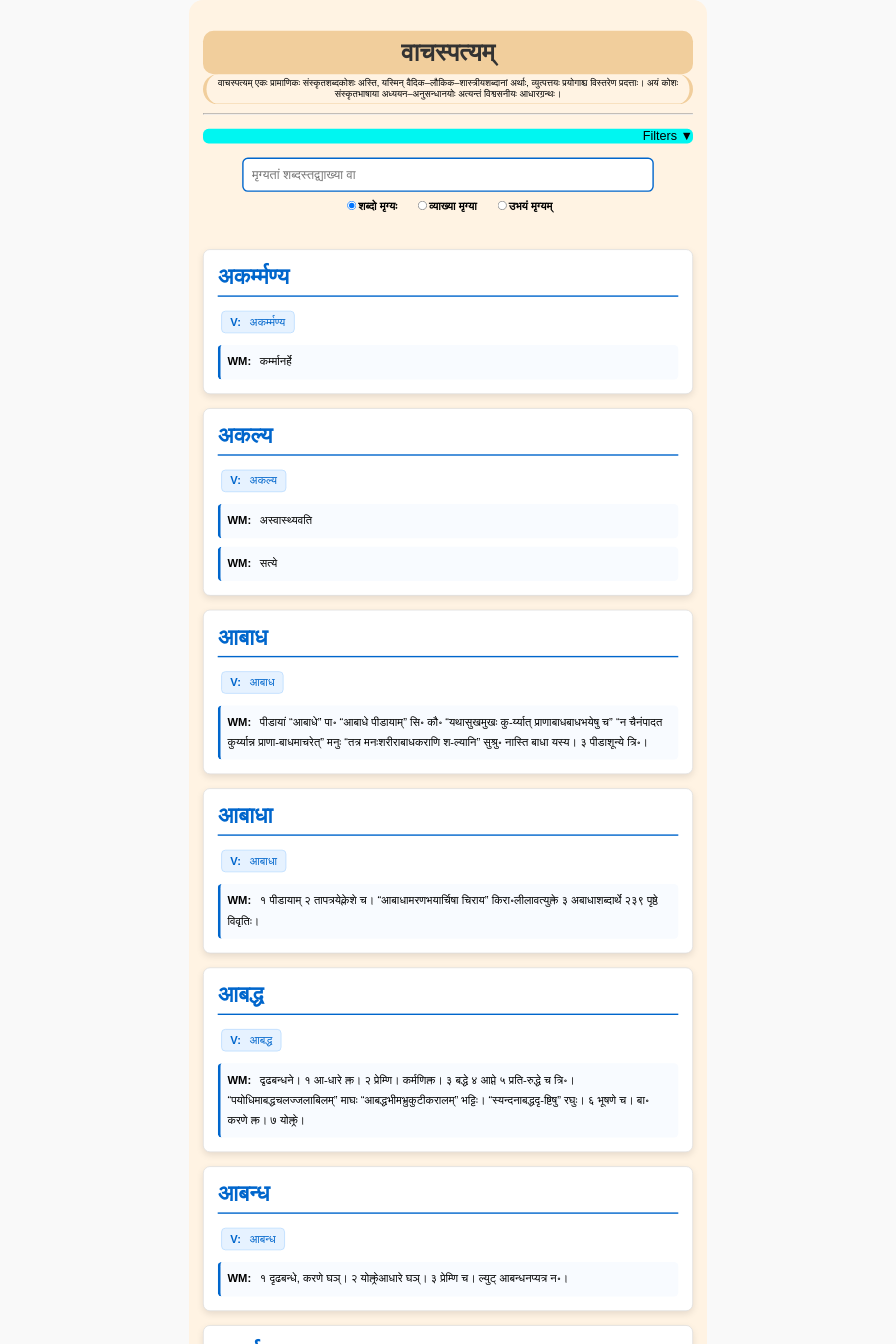
Repository: sanskritsphere/vachaspatyam-demo
Page: index.html
An editor plug-in stored every save of this project. The page is shown before and after the next save, followed by the edit.
The browser window is 1280 px wide. The pictures show the part of the page from y = 0 to 1920 px (the page is 3402 px tall before and 3422 px after), at 70% of full size.

Above is the page before, as saved 2025-12-14 16:02:19.

### index.html
<!DOCTYPE html>
<html lang="sa">
<head>
    <meta charset="UTF-8">
    <meta name="viewport" content="width=device-width, initial-scale=1.0">
    <link rel="styleSheet" type="text/css" href="style.css">
    <title>वाचस्पत्यम् शब्दकोशः</title>

</head>
<body>
    <div class="container">
    <header>
        <h1>वाचस्पत्यम्</h1>
    <p class="small">वाचस्पत्यम् एकः प्रामाणिकः संस्कृतशब्दकोशः अस्ति, यस्मिन् वैदिक–लौकिक–शास्त्रीयशब्दानां अर्थाः, व्युत्पत्तयः प्रयोगाश्च विस्तरेण प्रदत्ताः।
अयं कोशः संस्कृतभाषाया अध्ययन–अनुसन्धानयोः अत्यन्तं विश्वसनीयः आधारग्रन्थः।</p>
    </header>
    <hr>
<div class="toggle-btn" id="toggleFilters">
    Filters
    <span class="arrow">▼</span>
</div>
    <div id="searchContainer">
        <input type="text" id="search" placeholder="मृग्यतां शब्दस्तद्व्याख्या वा">
        <div class="search-options">
            <label><input type="radio" name="searchMode" value="wordOnly" checked>शब्दो मृग्यः</label>
            <label><input type="radio" name="searchMode" value="meaningOnly">व्याख्या मृग्या</label>
            <label><input type="radio" name="searchMode" value="both">उभयं मृग्यम्</label>
        </div>
    </div>

    <div class="filters" id="filtersPanel">
        <div class="filter-group" id="startingLetterGroup">
            <label>आद्यक्षरानुक्रमेण पृथक्करणम्</label>
            <select id="startingLetterFilter">
                <option value="">सर्वाणि आद्यक्षराणि</option>
            </select>
        </div>

        <div class="filter-group" id="gcGroup">
            <label>लिङ्गशः पृथक्करणम्</label>
            <select id="gcFilter">
                <option value="">सर्वलिङ्गानि</option>
            </select>
        </div>

        <!-- टैग विज़िबिलिटी -->
        <div class="filter-group" style="grid-column: 1 / -1;" id="tagVisibilityGroup">
            <label>दर्शयितुमिष्टानि खण्डानि चिन्वीत</label>
            <div class="tag-visibility" id="tagVisibility">
                <!-- डायनामिकली जनरेट होगा -->
            </div>
        </div>

        <!-- नए टैग फ़िल्टर सेक्शन -->
        <div class="filter-group" style="grid-column: 1 / -1;" id="tagFiltersGroup">
            <label>टैग्-मूल्येन विशिष्टमानानि चीयन्ताम्</label>
            <div class="tag-filters" id="tagFilters">
                <!-- XML से सभी टैग्स के लिए डायनामिक सिलेक्ट बॉक्स जनरेट होंगे -->
            </div>
        </div>
    </div>

    <div id="results"></div>
</div>
    <script>

        let dictionary = [];
        let allTags = new Set();
        let tagValues = {}; // { tag: Set of values }
        let startingLetters = new Set();
        let gcValues = new Set();
        let currentPage = 1;
        const itemsPerPage = 25;
        // XML फ़ाइल लोड करना
        fetch('vachaspatyam.xml')
            .then(response => response.text())
            .then(xmlText => {
                const parser = new DOMParser();
                const xml = parser.parseFromString(xmlText, "application/xml");
                const entries = xml.querySelectorAll('entry');

                entries.forEach(entry => {
                    const obj = {};
                    entry.querySelectorAll('*').forEach(child => {
                        const tagName = child.tagName;
                        allTags.add(tagName);

                        if (!obj[tagName]) obj[tagName] = [];
                        const value = child.textContent.trim();
                        if (value) obj[tagName].push(value);

                        // टैग वैल्यूज़ कलेक्ट करना
                        if (!tagValues[tagName]) tagValues[tagName] = new Set();
                        tagValues[tagName].add(value);

                        // विशेष हैंडलिंग
                        if (tagName === 'V' && value) {
                            startingLetters.add(value[0]);
                        }
                        if (tagName === 'GC' && value) {
                            gcValues.add(value);
                        }
                    });
                    dictionary.push(obj);
                });

                generateDynamicFilters();
                generateTagVisibility();
                generateTagFilters(); // नया फ़ीचर
                renderEntries(dictionary);
            })
            .catch(err => {
                document.getElementById('results').innerHTML =
                    '<p class="no-results">vachaspatyam.xml इति संचिका न लब्धा। कृपया तां स्थापयतु।</p>';
                console.error(err);
            });

        function generateDynamicFilters() {
            const startingSelect = document.getElementById('startingLetterFilter');
            [...startingLetters].sort().forEach(letter => {
                const opt = document.createElement('option');
                opt.value = letter;
                opt.textContent = letter;
                startingSelect.appendChild(opt);
            });

            const gcSelect = document.getElementById('gcFilter');
            [...gcValues].sort().forEach(gc => {
                const opt = document.createElement('option');
                opt.value = gc;
                opt.textContent = gc;
                gcSelect.appendChild(opt);
            });
        }

        function generateTagVisibility() {
            const container = document.getElementById('tagVisibility');
            container.innerHTML = '';
            [...allTags].sort().forEach(tag => {
                const label = document.createElement('label');
                const checkbox = document.createElement('input');
                checkbox.type = 'checkbox';
                checkbox.id = 'show' + tag;
                checkbox.checked = tag === 'V' || tag === 'WM'; // डिफ़ॉल्ट V और WM दिखाएँ
                label.appendChild(checkbox);
                label.appendChild(document.createTextNode(' ' + tag));
                container.appendChild(label);
            });
        }

        function generateTagFilters() {
            const container = document.getElementById('tagFilters');
            container.innerHTML = '';
            [...allTags].sort().forEach(tag => {
                if (tag === 'V') return; // V के लिए पहले से आदि अक्षर फ़िल्टर है

                const group = document.createElement('div');
                group.className = 'filter-group';

                const label = document.createElement('label');
                label.textContent = `${tag} मूल्येन पृथक्करोतु`;
                group.appendChild(label);

                const select = document.createElement('select');
                select.id = 'filter_' + tag;
                select.innerHTML = '<option value="">सर्वाणि</option>';

                // टैग के सभी यूनिक वैल्यूज़ जोड़ना
                [...tagValues[tag]].sort().forEach(val => {
                    const opt = document.createElement('option');
                    opt.value = val;
                    opt.textContent = val;
                    select.appendChild(opt);
                });

                group.appendChild(select);
                container.appendChild(group);
            });
        }

        function getMeaningText(entry) {
            let text = '';
            Object.keys(entry).forEach(key => {
                if (key !== 'V') {
                    text += entry[key].join(' ') + ' ';
                }
            });
            return text;
        }

        function renderEntries(entries, query) {
    const resultsDiv = document.getElementById('results');
    resultsDiv.innerHTML = '';

    if (entries.length === 0) {
        resultsDiv.innerHTML =
            '<p class="no-results">कश्चन शब्दो न लब्धः। कृपया मृग्यपदं परिवर्तयतु।</p>';
        return;
    }

    entries.forEach(entry => {
        const div = document.createElement('div');
        div.className = 'entry';

        const headWord = entry.V ? highlightText(entry.V[0], query) : 'अज्ञातः';
        div.innerHTML = `<h3>${headWord}</h3>`;

        const tagsDiv = document.createElement('div');

        allTags.forEach(tag => {
            const checkbox = document.getElementById('show' + tag);
            if (checkbox && checkbox.checked && entry[tag]) {
                entry[tag].forEach(value => {
                    const highlightedValue = highlightText(value, query);

                    if (tag === 'WM' || tag === 'EXP') {
                        tagsDiv.innerHTML += `
                            <div class="content">
                                <span class="tag-name">${tag}:</span>
                                ${highlightedValue}
                            </div>`;
                    } else {
                        tagsDiv.innerHTML += `
                            <span class="tag">
                                <span class="tag-name">${tag}:</span>
                                ${highlightedValue}
                            </span>`;
                    }
                });
            }
        });

        div.appendChild(tagsDiv);
        resultsDiv.appendChild(div);
    });
}


        function filterEntries() {
            let filtered = dictionary;

            const query = document.getElementById('search').value.trim();
            const searchMode = document.querySelector('input[name="searchMode"]:checked').value;

            if (query) {
                if (searchMode === 'wordOnly') {
                    filtered = filtered.filter(entry => entry.V && entry.V.some(v => v.includes(query)));
                } else if (searchMode === 'meaningOnly') {
                    filtered = filtered.filter(entry => getMeaningText(entry).includes(query));
                } else {
                    filtered = filtered.filter(entry =>
                        (entry.V && entry.V.some(v => v.includes(query))) ||
                        getMeaningText(entry).includes(query)
                    );
                }
            }

            const startingLetter = document.getElementById('startingLetterFilter').value;
            if (startingLetter) {
                filtered = filtered.filter(entry => entry.V && entry.V[0].startsWith(startingLetter));
            }

            const gc = document.getElementById('gcFilter').value;
            if (gc) {
                filtered = filtered.filter(entry => entry.GC && entry.GC.includes(gc));
            }

            // सभी टैग फ़िल्टर्स
            allTags.forEach(tag => {
                const select = document.getElementById('filter_' + tag);
                if (select && select.value) {
                    const filterValue = select.value;
                    filtered = filtered.filter(entry =>
                        entry[tag] && entry[tag].includes(filterValue)
                    );
                }
            });

            renderEntries(filtered, query);
        }

        // for highlight
            function highlightText(text, query) {
                if (!query) return text;
                const regex = new RegExp(`(${query})`, 'gi');
                return text.replace(regex, '<mark>$1</mark>');
            }

        // टॉगल बटन
    document.getElementById('toggleFilters').addEventListener('click', () => {
    const panel = document.getElementById('filtersPanel');
    const btn = document.getElementById('toggleFilters');
    btn.classList.toggle('active');
    panel.style.display = panel.style.display === 'block' ? 'none' : 'block';

    if (panel.classList.contains('show')) {
        panel.classList.remove('show');
        setTimeout(() => {
            panel.style.display = 'none';
        }, 600); // CSS transition duration के बराबर
    } else {
        panel.style.display = 'grid';
        // थोड़ा सा delay ताकि display apply हो जाए
        requestAnimationFrame(() => {
            panel.classList.add('show');
        });
    }
});


    function generateTagVisibility() {
    const container = document.getElementById('tagVisibility');
    container.innerHTML = '';

    // टैग नेम → संस्कृत में पूरा लेबल (विवरण)
    const tagLabels = {
        V:    "शब्दः (Vocable)",
        GC:   "लिङ्गम् (Grammatical Category)",
        GR:   "व्युत्पत्तिः (Grammar & Root)",
        ET:   "व्युत्पत्ति-विवरणम् (Etymology)",
        EXP:  "व्याख्या (Explanation)",
        CA:   "समास-विश्लेषणम् (Compound Analysis)",
        CT:   "उद्धरणम् (Citation Text)",
        RM:   "सन्दर्भः (Reference Mode)",
        WM:   "मुख्यार्थः (Word Meaning)"
        // यदि भविष्य में नया टैग जोड़ा जाए तो यहाँ उसका विवरण जोड़ सकते हैं
    };

    [...allTags].sort().forEach(tag => {
        const label = document.createElement('label');
        const checkbox = document.createElement('input');
        checkbox.type = 'checkbox';
        checkbox.id = 'show' + tag;
        // डिफ़ॉल्ट: V और WM हमेशा चेक रहें
        checkbox.checked = (tag === 'V' || tag === 'WM');

        label.appendChild(checkbox);
        // विवरण यदि उपलब्ध हो तो दिखाएँ, अन्यथा केवल टैग नेम
        const displayText = tagLabels[tag] || tag;
        label.appendChild(document.createTextNode(' ' + displayText));

        container.appendChild(label);
    });
}



        // सभी इवेंट्स
        document.getElementById('search').addEventListener('input', filterEntries);
        document.querySelectorAll('input[name="searchMode"]').forEach(radio => radio.addEventListener('change', filterEntries));
        document.getElementById('startingLetterFilter').addEventListener('change', filterEntries);
        document.getElementById('gcFilter').addEventListener('change', filterEntries);
        document.getElementById('filtersPanel').addEventListener('change', filterEntries); // सभी सिलेक्ट और चेकबॉक्स




    </script>
</body>
</html>

### style.css

        body {
            font-family: 'Sanskrit Text', 'Arial Unicode MS', Arial, sans-serif;
            margin: 20px;
            background-color: #f9f9f9;
            direction: ltr;
            margin: 0;
            padding: 0;
        }
        .container{
            width: 95%;
            max-width: 700px;
            margin: auto;
            background-color: #fff3e3;
            padding: 20px;
            border-radius: 20px;
        }
        header{
            display: block;
            justify-content: center;
            align-items: center;
            gap: 20px;
        }

       header h1 {
            text-align: center;
            color: #333;
            font-size: 36px;
            background-color: #f1ce9c;
            padding: 10px;
            border-radius: 15px;
            margin-bottom: 0;
        }
       header .small{
            margin-top: 0;
            padding: 5px;
            font-size: smaller;
            border-left: 5px solid #f1ce9c;
            border-radius: 100px ;
            border-right: 5px solid #f1ce9c;
            border-bottom: 1px solid #f1ce9c;
            text-align: center;
        }
        #toggleFilters {
            display: block;
            margin: 20px auto;
            padding: 0px p0x ;
            font-size: 18px;
            background: #00f6f1;
            color: rgb(0, 0, 0);
            border: none;
            border-radius: 8px;
            cursor: pointer;
            text-align: right;
        }


        .arrow {
        display: inline-block;
        transition: transform 0.4s ease;
    }

    #toggleFilters.active .arrow {
        transform: rotate(180deg);
    }
        #searchContainer {
            margin-bottom: 20px;
            text-align: center;
        }
        #search {
            width: 80%;
            max-width: 600px;
            padding: 12px;
            font-size: 18px;
            border: 2px solid #0066cc;
            border-radius: 8px;
        }
        .search-options {
            margin-top: 10px;
        }
        .search-options label {
            margin: 0 10px;
            font-weight: bold;
            font-size: 16px;

        }
        .filters {

    padding: 15px;
    background: #fff;
    border: 1px solid #ddd;
    border-radius: 10px;
    box-shadow: 0 4px 10px rgba(0,0,0,0.1);
    margin-top: 10px;
    width: 100%;
    max-width: 100%;
    margin: 0;
    /* display: grid; */
    grid-template-columns: repeat(auto-fit, minmax(300px, 1fr));
    gap: 20px;
    max-height: 0;
    opacity: 0;
    overflow: hidden;
    transition: max-height 0.6s ease, opacity 0.6s ease;
}
.filters.show {
    position: relative;
    max-height: 2000px; /* content से ज़्यादा रखो */
    opacity: 1;
    width: 94%;
}

        .filter-group {
            display: flex;
            flex-direction: column;
        }
        .filter-group label {
            font-weight: bold;
            margin-bottom: 8px;
            color: #333;
            font-size: 18px;
        }
        .filter-group select {
            padding: 8px;
            border-radius: 6px;
            border: 1px solid #ccc;
            font-size: 16px;
            max-width: 300px;
        }
        .tag-visibility {
            display: grid;
            grid-template-columns: repeat(auto-fill, minmax(180px, 1fr));
            gap: 10px;
            margin-top: 10px;
        }
        .tag-visibility label {
            font-weight: normal;
            display: flex;
            align-items: center;
            font-size: 16px;
        }
        .tag-visibility input[type="checkbox"] {
            margin-right: 8px;
        }
        .tag-filters {
            display: grid;
            grid-template-columns: repeat(auto-fill, minmax(250px, 1fr));
            gap: 15px;
            margin-top: 15px;
            padding: 10px;
            background: #fff9f9;
            border-radius: 8px;
        }
        #results {
            display: grid;
            gap: 20px;
        }
        .entry {
            background: white;
            padding: 20px;
            border: 1px solid #ddd;
            border-radius: 10px;
            box-shadow: 0 4px 10px rgba(0,0,0,0.1);
        }
        .entry h3 {
            margin: 0 0 15px 0;
            color: #0066cc;
            font-size: 32px;
            border-bottom: 2px solid #0066cc;
            padding-bottom: 8px;
        }
        .tag {
            display: inline-block;
            background: #e6f2ff;
            color: #0066cc;
            padding: 6px 12px;
            margin: 5px;
            border-radius: 6px;
            font-size: 16px;
            border: 1px solid #b3d9ff;
        }
        .tag-name {
            font-weight: bold;
            margin-right: 8px;
        }
        .content {
            margin-top: 12px;
            line-height: 1.8;
            background: #f8fbff;
            padding: 10px;
            border-radius: 6px;
            border-left: 4px solid #0066cc;
            font-size: 16px;
        }
        .no-results {
            text-align: center;
            color: #888;
            font-size: 22px;
            padding: 40px;
        }
        @media (max-width: 768px) {
            .filters {
                grid-template-columns: 1fr;
            width: 92%;
            }
            .tag-visibility, .tag-filters {
                grid-template-columns: 1fr;
            width: 92%;
            }
            #search {
                width: 92%;
            }
            .container{
                margin: 0%;
                width: 100%;
                max-width: 90%;
            }
           .container select{
             max-width: 250px;
            }
        }
    mark {
    background-color: #ffff01;
}

After the next save:
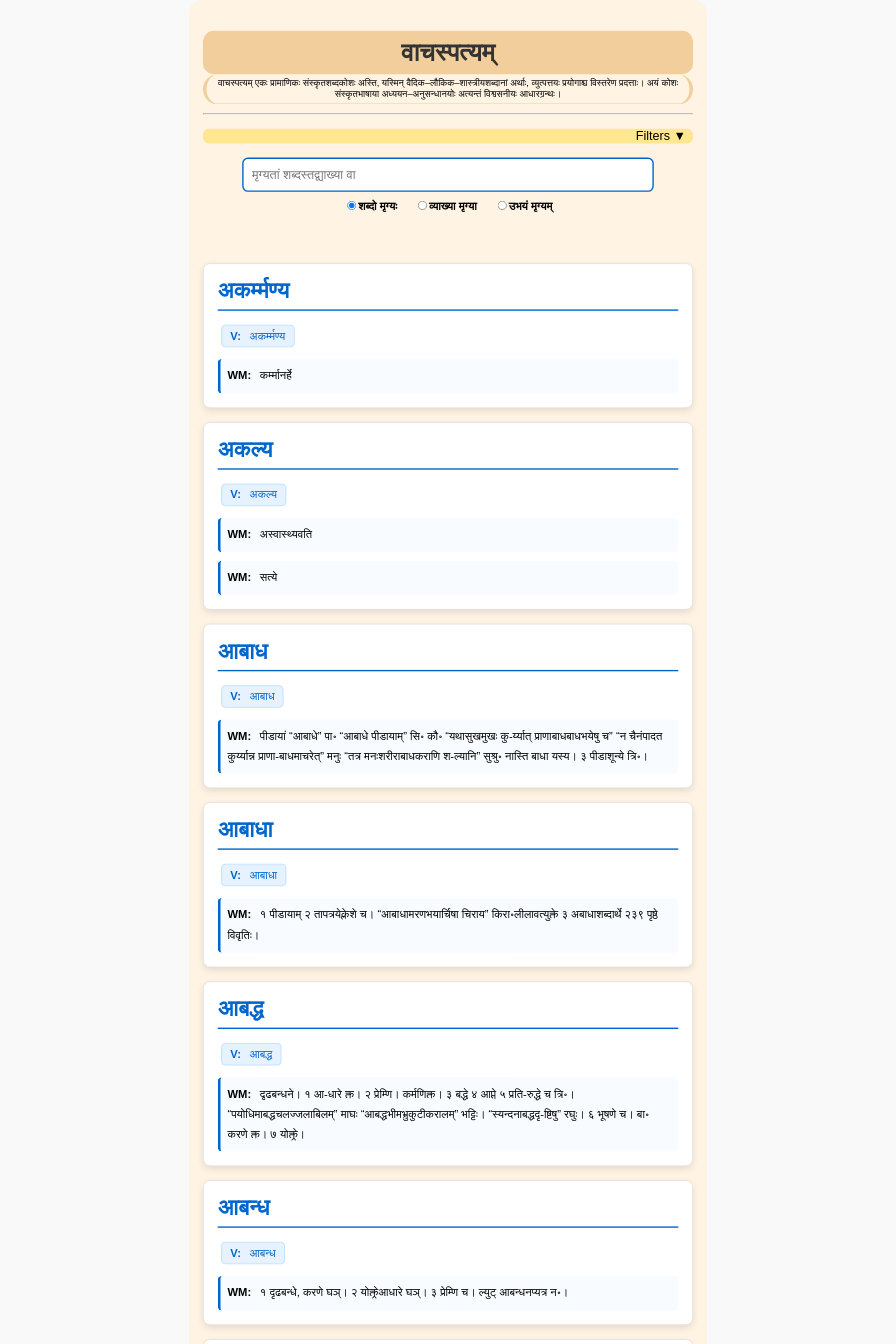
Saved 8 min 55 s later.
--- a/style.css
+++ b/style.css
@@ -44,16 +44,16 @@
         #toggleFilters {
             display: block;
             margin: 20px auto;
-            padding: 0px p0x ;
+            padding: 0px 10px ;
             font-size: 18px;
-            background: #00f6f1;
+            background: #ffe792;
             color: rgb(0, 0, 0);
             border: none;
             border-radius: 8px;
             cursor: pointer;
             text-align: right;
-        }
-
+
+        }
 
         .arrow {
         display: inline-block;
@@ -85,16 +85,13 @@
 
         }
         .filters {
-
+    margin-bottom: 20px;
     padding: 15px;
     background: #fff;
     border: 1px solid #ddd;
     border-radius: 10px;
     box-shadow: 0 4px 10px rgba(0,0,0,0.1);
     margin-top: 10px;
-    width: 100%;
-    max-width: 100%;
-    margin: 0;
     /* display: grid; */
     grid-template-columns: repeat(auto-fit, minmax(300px, 1fr));
     gap: 20px;
@@ -102,12 +99,13 @@
     opacity: 0;
     overflow: hidden;
     transition: max-height 0.6s ease, opacity 0.6s ease;
+    width: 100%;
 }
 .filters.show {
     position: relative;
     max-height: 2000px; /* content से ज़्यादा रखो */
     opacity: 1;
-    width: 94%;
+
 }
 
         .filter-group {
